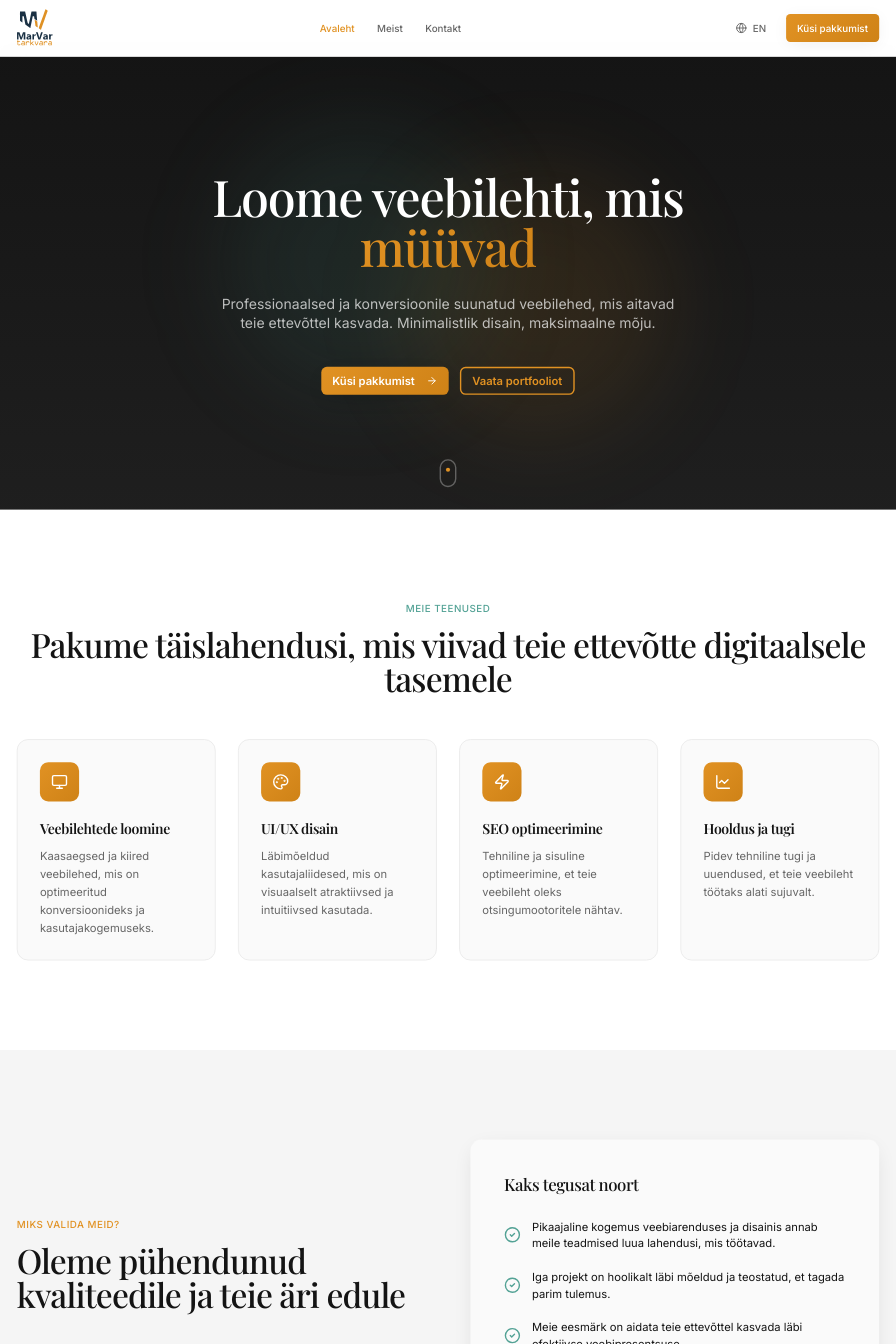
Repository: marvar-tarkvara/MARVAR-LEHT
Page: /
An editor plug-in stored every save of this project. The page is shown before and after the next save, followed by the edit.
The browser window is 1280 px wide. The pictures show the part of the page from y = 0 to 1920 px (the page is 2969 px tall), at 70% of full size.
Some web fonts or font styles are not loaded; a fallback is used. The project was rebuilt for these pictures with package versions that can differ from the ones it lists, and the page was loaded fresh each time. The framework's server and built-in components were replaced by stand-ins that run in the browser. Also part of the build but not shown: next.config.ts, components/ui/tooltip.tsx.

Above is the page before, as saved 2026-01-18 20:07:49.

### app/layout.tsx
import type { Metadata } from "next";
import { Inter, Playfair_Display } from "next/font/google";
import { LanguageProvider } from "@/contexts/LanguageContext";
import { Toaster } from "@/components/ui/toaster";
import { TooltipProvider } from "@/components/ui/tooltip";
import "./globals.css";

const inter = Inter({
  subsets: ["latin"],
  variable: "--font-inter",
});

const playfair = Playfair_Display({
  subsets: ["latin"],
  variable: "--font-playfair",
});

export const metadata: Metadata = {
  title: "MarVar - Veebilehtede loomine",
  description: "Professionaalsed ja konversioonile suunatud veebilehed, mis aitavad teie ettevõttel kasvada. Minimalistlik disain, maksimaalne mõju.",
  icons: {
    icon: "/marvar.svg",
    apple: "/marvar.svg",
  },
};

export default function RootLayout({
  children,
}: Readonly<{
  children: React.ReactNode;
}>) {
  return (
    <html lang="et" suppressHydrationWarning>
      <body className={`${inter.variable} ${playfair.variable} antialiased`}>
        <LanguageProvider>
          <TooltipProvider>
            {children}
            <Toaster />
          </TooltipProvider>
        </LanguageProvider>
      </body>
    </html>
  );
}

### app/page.tsx
import Layout from "@/components/layout/Layout";
import Hero from "@/components/sections/Hero";
import Services from "@/components/sections/Services";
import Trust from "@/components/sections/Trust";
import CTA from "@/components/sections/CTA";

export default function Home() {
  return (
    <Layout>
      <Hero />
      <Services />
      <Trust />
      <CTA />
    </Layout>
  );
}

### components/ui/toaster.tsx
"use client";

import { useToast } from "@/hooks/use-toast";
import { Toast, ToastClose, ToastDescription, ToastProvider, ToastTitle, ToastViewport } from "@/components/ui/toast";

export function Toaster() {
  const { toasts } = useToast();

  return (
    <ToastProvider>
      {toasts.map(function ({ id, title, description, action, ...props }) {
        return (
          <Toast key={id} {...props}>
            <div className="grid gap-1">
              {title && <ToastTitle>{title}</ToastTitle>}
              {description && <ToastDescription>{description}</ToastDescription>}
            </div>
            {action}
            <ToastClose />
          </Toast>
        );
      })}
      <ToastViewport />
    </ToastProvider>
  );
}

### app/globals.css
@tailwind base;
@tailwind components;
@tailwind utilities;

@layer base {
  :root {
    --background: 0 0% 100%;
    --foreground: 0 0% 8%;

    --card: 0 0% 98%;
    --card-foreground: 0 0% 8%;

    --popover: 0 0% 100%;
    --popover-foreground: 0 0% 8%;

    --primary: 0 0% 8%;
    --primary-foreground: 0 0% 100%;

    --secondary: 0 0% 96%;
    --secondary-foreground: 0 0% 8%;

    --muted: 0 0% 94%;
    --muted-foreground: 0 0% 40%;

    --accent: 35 76% 51%;
    --accent-foreground: 0 0% 100%;

    --teal: 170 32% 48%;
    --teal-foreground: 0 0% 100%;

    --destructive: 0 84% 60%;
    --destructive-foreground: 0 0% 100%;

    --border: 0 0% 90%;
    --input: 0 0% 90%;
    --ring: 35 76% 51%;

    --radius: 0.5rem;

    --gradient-accent: linear-gradient(135deg, hsl(35, 76%, 51%) 0%, hsl(35, 80%, 45%) 100%);
    --gradient-teal: linear-gradient(135deg, hsl(170, 32%, 48%) 0%, hsl(170, 35%, 40%) 100%);
    --gradient-dark: linear-gradient(180deg, hsl(0, 0%, 8%) 0%, hsl(0, 0%, 12%) 100%);

    --shadow-soft: 0 4px 24px -4px hsl(0 0% 0% / 0.08);
    --shadow-card: 0 8px 32px -8px hsl(0 0% 0% / 0.12);
    --shadow-elevated: 0 16px 48px -12px hsl(0 0% 0% / 0.16);
  }

  .dark {
    --background: 0 0% 6%;
    --foreground: 0 0% 96%;

    --card: 0 0% 10%;
    --card-foreground: 0 0% 96%;

    --popover: 0 0% 8%;
    --popover-foreground: 0 0% 96%;

    --primary: 0 0% 96%;
    --primary-foreground: 0 0% 6%;

    --secondary: 0 0% 14%;
    --secondary-foreground: 0 0% 96%;

    --muted: 0 0% 16%;
    --muted-foreground: 0 0% 60%;

    --accent: 35 76% 51%;
    --accent-foreground: 0 0% 100%;

    --teal: 170 32% 48%;
    --teal-foreground: 0 0% 100%;

    --destructive: 0 62% 50%;
    --destructive-foreground: 0 0% 100%;

    --border: 0 0% 18%;
    --input: 0 0% 18%;
    --ring: 35 76% 51%;

    --shadow-soft: 0 4px 24px -4px hsl(0 0% 0% / 0.4);
    --shadow-card: 0 8px 32px -8px hsl(0 0% 0% / 0.5);
    --shadow-elevated: 0 16px 48px -12px hsl(0 0% 0% / 0.6);
  }
}

@layer base {
  * {
    @apply border-border;
  }

  html {
    scroll-behavior: smooth;
  }

  body {
    @apply bg-background text-foreground font-sans antialiased;
  }

  h1, h2, h3, h4, h5, h6 {
    @apply font-display font-medium tracking-tight;
  }
}

@layer utilities {
  .text-gradient-accent {
    @apply bg-clip-text text-transparent;
    background-image: var(--gradient-accent);
  }

  .text-gradient-teal {
    @apply bg-clip-text text-transparent;
    background-image: var(--gradient-teal);
  }

  .bg-gradient-accent {
    background: var(--gradient-accent);
  }

  .bg-gradient-teal {
    background: var(--gradient-teal);
  }

  .bg-gradient-dark {
    background: var(--gradient-dark);
  }

  .shadow-soft {
    box-shadow: var(--shadow-soft);
  }

  .shadow-card {
    box-shadow: var(--shadow-card);
  }

  .shadow-elevated {
    box-shadow: var(--shadow-elevated);
  }
}

### components/layout/Layout.tsx
import { ReactNode } from "react";
import Header from "./Header";
import Footer from "./Footer";

interface LayoutProps {
  children: ReactNode;
}

const Layout = ({ children }: LayoutProps) => {
  return (
    <div className="min-h-screen flex flex-col">
      <Header />
      <main className="flex-1 pt-20">{children}</main>
      <Footer />
    </div>
  );
};

export default Layout;

### components/sections/Hero.tsx
"use client";

import { motion } from "framer-motion";
import Link from "next/link";
import { ArrowRight } from "lucide-react";
import { Button } from "@/components/ui/button";
import { useLanguage } from "@/contexts/LanguageContext";

const Hero = () => {
  const { t } = useLanguage();

  return (
    <section className="relative min-h-[90vh] flex items-center justify-center overflow-hidden bg-gradient-dark">
      {/* Background Pattern */}
      <div className="absolute inset-0 opacity-5">
        <div className="absolute inset-0" style={{
          backgroundImage: `radial-gradient(circle at 1px 1px, hsl(var(--foreground)) 1px, transparent 0)`,
          backgroundSize: '40px 40px'
        }} />
      </div>

      {/* Accent Glow */}
      <div className="absolute top-1/4 right-1/4 w-96 h-96 bg-accent/10 rounded-full blur-3xl" />
      <div className="absolute bottom-1/4 left-1/4 w-96 h-96 bg-teal/10 rounded-full blur-3xl" />

      <div className="container mx-auto px-6 relative z-10">
        <div className="max-w-4xl mx-auto text-center">
          <motion.h1
            initial={{ opacity: 0, y: 30 }}
            animate={{ opacity: 1, y: 0 }}
            transition={{ duration: 0.8, delay: 0.1 }}
            className="text-4xl md:text-6xl lg:text-7xl font-display font-medium text-primary-foreground leading-tight"
          >
            {t("hero.title")}{" "}
            <span className="text-gradient-accent">{t("hero.titleHighlight")}</span>
          </motion.h1>

          <motion.p
            initial={{ opacity: 0, y: 30 }}
            animate={{ opacity: 1, y: 0 }}
            transition={{ duration: 0.8, delay: 0.2 }}
            className="mt-8 text-lg md:text-xl text-primary-foreground/70 max-w-2xl mx-auto leading-relaxed"
          >
            {t("hero.description")}
          </motion.p>

          <motion.div
            initial={{ opacity: 0, y: 30 }}
            animate={{ opacity: 1, y: 0 }}
            transition={{ duration: 0.8, delay: 0.3 }}
            className="mt-12 flex flex-col sm:flex-row gap-4 justify-center"
          >
            <Button variant="hero" asChild>
              <Link href="/kontakt">
                {t("hero.cta")}
                <ArrowRight className="w-5 h-5 ml-2" />
              </Link>
            </Button>
            <Button variant="heroOutline" asChild>
              <Link href="/portfolio">{t("hero.secondary")}</Link>
            </Button>
          </motion.div>
        </div>
      </div>

      {/* Scroll Indicator */}
      <motion.div
        initial={{ opacity: 0 }}
        animate={{ opacity: 1 }}
        transition={{ delay: 1, duration: 0.8 }}
        className="absolute bottom-8 left-1/2 -translate-x-1/2"
      >
        <div className="w-6 h-10 rounded-full border-2 border-primary-foreground/30 flex justify-center pt-2">
          <motion.div
            animate={{ y: [0, 12, 0] }}
            transition={{ duration: 1.5, repeat: Infinity }}
            className="w-1.5 h-1.5 rounded-full bg-accent"
          />
        </div>
      </motion.div>
    </section>
  );
};

export default Hero;

### components/sections/Services.tsx
"use client";

import { motion } from "framer-motion";
import { Monitor, Palette, Zap, LineChart } from "lucide-react";
import { useLanguage } from "@/contexts/LanguageContext";

const Services = () => {
  const { t } = useLanguage();

  const services = [
    {
      icon: Monitor,
      title: t("services.web.title"),
      description: t("services.web.description"),
    },
    {
      icon: Palette,
      title: t("services.design.title"),
      description: t("services.design.description"),
    },
    {
      icon: Zap,
      title: t("services.seo.title"),
      description: t("services.seo.description"),
    },
    {
      icon: LineChart,
      title: t("services.maintenance.title"),
      description: t("services.maintenance.description"),
    },
  ];

  return (
    <section className="py-24 md:py-32 bg-background">
      <div className="container mx-auto px-6">
        <motion.div
          initial={{ opacity: 0, y: 20 }}
          whileInView={{ opacity: 1, y: 0 }}
          viewport={{ once: true }}
          transition={{ duration: 0.6 }}
          className="text-center mb-16"
        >
          <span className="text-teal text-sm font-medium uppercase tracking-wider">
            {t("services.title")}
          </span>
          <h2 className="mt-4 text-3xl md:text-4xl lg:text-5xl font-display font-medium">
            {t("services.subtitle")}
          </h2>
        </motion.div>

        <div className="grid grid-cols-1 md:grid-cols-2 lg:grid-cols-4 gap-8">
          {services.map((service, index) => (
            <motion.div
              key={service.title}
              initial={{ opacity: 0, y: 30 }}
              whileInView={{ opacity: 1, y: 0 }}
              viewport={{ once: true }}
              transition={{ duration: 0.6, delay: index * 0.1 }}
              className="group p-8 rounded-2xl bg-card border border-border hover:border-accent/30 transition-all duration-300 hover:shadow-card"
            >
              <div className="w-14 h-14 rounded-xl bg-gradient-accent flex items-center justify-center mb-6 group-hover:scale-110 transition-transform duration-300">
                <service.icon className="w-6 h-6 text-accent-foreground" />
              </div>
              <h3 className="text-xl font-semibold mb-3">{service.title}</h3>
              <p className="text-muted-foreground leading-relaxed">
                {service.description}
              </p>
            </motion.div>
          ))}
        </div>
      </div>
    </section>
  );
};

export default Services;

### components/sections/Trust.tsx
"use client";

import { motion } from "framer-motion";
import { CheckCircle2 } from "lucide-react";
import { useLanguage } from "@/contexts/LanguageContext";

const Trust = () => {
  const { t } = useLanguage();

  const features = [
    t("trust.experience.description"),
    t("trust.quality.description"),
    t("trust.results.description"),
  ];

  return (
    <section className="py-24 md:py-32 bg-secondary">
      <div className="container mx-auto px-6">
        <div className="grid grid-cols-1 lg:grid-cols-2 gap-16 items-center">
          {/* Title */}
          <motion.div
            initial={{ opacity: 0, x: -30 }}
            whileInView={{ opacity: 1, x: 0 }}
            viewport={{ once: true }}
            transition={{ duration: 0.6 }}
          >
            <span className="text-accent text-sm font-medium uppercase tracking-wider">
              {t("trust.title")}
            </span>
            <h2 className="mt-4 text-3xl md:text-4xl lg:text-5xl font-display font-medium leading-tight">
              {t("trust.subtitle")}
            </h2>
          </motion.div>

          {/* Features */}
          <motion.div
            initial={{ opacity: 0, x: 30 }}
            whileInView={{ opacity: 1, x: 0 }}
            viewport={{ once: true }}
            transition={{ duration: 0.6, delay: 0.2 }}
            className="bg-card rounded-2xl p-8 md:p-12 shadow-card"
          >
            <h3 className="text-2xl font-display font-medium mb-8">
              {t("trust.experience.title")}
            </h3>
            <div className="space-y-6">
              {features.map((feature, index) => (
                <motion.div
                  key={feature}
                  initial={{ opacity: 0, x: 20 }}
                  whileInView={{ opacity: 1, x: 0 }}
                  viewport={{ once: true }}
                  transition={{ duration: 0.4, delay: 0.3 + index * 0.1 }}
                  className="flex items-center gap-4"
                >
                  <CheckCircle2 className="w-6 h-6 text-teal flex-shrink-0" />
                  <span className="text-foreground">{feature}</span>
                </motion.div>
              ))}
            </div>
          </motion.div>
        </div>
      </div>
    </section>
  );
};

export default Trust;

### components/sections/CTA.tsx
"use client";

import { motion } from "framer-motion";
import Link from "next/link";
import { ArrowRight } from "lucide-react";
import { Button } from "@/components/ui/button";
import { useLanguage } from "@/contexts/LanguageContext";

const CTA = () => {
  const { t } = useLanguage();

  return (
    <section className="py-24 md:py-32 bg-gradient-dark relative overflow-hidden">
      {/* Background Accent */}
      <div className="absolute top-0 right-0 w-1/2 h-full bg-accent/5 blur-3xl" />

      <div className="container mx-auto px-6 relative z-10">
        <motion.div
          initial={{ opacity: 0, y: 30 }}
          whileInView={{ opacity: 1, y: 0 }}
          viewport={{ once: true }}
          transition={{ duration: 0.6 }}
          className="max-w-3xl mx-auto text-center"
        >
          <h2 className="text-3xl md:text-4xl lg:text-5xl font-display font-medium text-primary-foreground leading-tight">
            {t("cta.title")}
          </h2>
          <p className="mt-6 text-lg text-primary-foreground/70 max-w-xl mx-auto">
            {t("cta.description")}
          </p>
          <motion.div
            initial={{ opacity: 0, y: 20 }}
            whileInView={{ opacity: 1, y: 0 }}
            viewport={{ once: true }}
            transition={{ duration: 0.6, delay: 0.2 }}
            className="mt-10"
          >
            <Button variant="hero" size="xl" asChild>
              <Link href="/kontakt">
                {t("cta.button")}
                <ArrowRight className="w-5 h-5 ml-2" />
              </Link>
            </Button>
          </motion.div>
        </motion.div>
      </div>
    </section>
  );
};

export default CTA;

### components/layout/Footer.tsx
"use client";

import Link from "next/link";
import Image from "next/image";
import { useLanguage } from "@/contexts/LanguageContext";

const Footer = () => {
  const { t } = useLanguage();

  return (
    <footer className="bg-primary text-primary-foreground py-16">
      <div className="container mx-auto px-6">
        <div className="grid grid-cols-1 md:grid-cols-4 gap-12">
          {/* Brand */}
          <div className="md:col-span-2">
            <Link href="/">
              <Image src="/marvar.svg" alt="MarVar logo" width={32} height={32} className="h-8 w-8" />
            </Link>
            <p className="mt-4 text-primary-foreground/70 max-w-sm leading-relaxed">
              {t("footer.description")}
            </p>
          </div>

          {/* Navigation */}
          <div>
            <h4 className="font-semibold mb-4">{t("footer.navigation")}</h4>
            <nav className="flex flex-col gap-3">
              <Link href="/" className="text-primary-foreground/70 hover:text-accent transition-colors">
                {t("nav.home")}
              </Link>
              <Link href="/meist" className="text-primary-foreground/70 hover:text-accent transition-colors">
                {t("nav.about")}
              </Link>
              <Link href="/kontakt" className="text-primary-foreground/70 hover:text-accent transition-colors">
                {t("nav.contact")}
              </Link>
            </nav>
          </div>

          {/* Contact */}
          <div>
            <h4 className="font-semibold mb-4">{t("footer.contact")}</h4>
            <div className="flex flex-col gap-3 text-primary-foreground/70">
              <a href="mailto:info@marvar.ee" className="hover:text-accent transition-colors">
                info@marvar.ee
              </a>
              <p>Tallinn, Eesti</p>
            </div>
          </div>
        </div>

        <div className="mt-16 pt-8 border-t border-primary-foreground/10 flex flex-col md:flex-row justify-between items-center gap-4">
          <p className="text-sm text-primary-foreground/50">
            © {new Date().getFullYear()} MarVar. {t("footer.rights")}
          </p>
        </div>
      </div>
    </footer>
  );
};

export default Footer;

### components/ui/button.tsx
import * as React from "react";
import { Slot } from "@radix-ui/react-slot";
import { cva, type VariantProps } from "class-variance-authority";

import { cn } from "@/lib/utils";

const buttonVariants = cva(
  "inline-flex items-center justify-center gap-2 whitespace-nowrap rounded-md text-sm font-medium ring-offset-background transition-all duration-300 focus-visible:outline-none focus-visible:ring-2 focus-visible:ring-ring focus-visible:ring-offset-2 disabled:pointer-events-none disabled:opacity-50 [&_svg]:pointer-events-none [&_svg]:size-4 [&_svg]:shrink-0",
  {
    variants: {
      variant: {
        default: "bg-primary text-primary-foreground hover:bg-primary/90",
        destructive: "bg-destructive text-destructive-foreground hover:bg-destructive/90",
        outline: "border border-input bg-background hover:bg-accent hover:text-accent-foreground",
        secondary: "bg-secondary text-secondary-foreground hover:bg-secondary/80",
        ghost: "hover:bg-accent hover:text-accent-foreground",
        link: "text-primary underline-offset-4 hover:underline",
        accent: "bg-gradient-accent text-accent-foreground hover:opacity-90 shadow-soft hover:shadow-card",
        teal: "bg-gradient-teal text-teal-foreground hover:opacity-90 shadow-soft hover:shadow-card",
        hero: "bg-gradient-accent text-accent-foreground text-base font-semibold px-8 py-6 rounded-lg shadow-card hover:shadow-elevated hover:scale-[1.02] active:scale-[0.98]",
        heroOutline: "border-2 border-accent text-accent hover:bg-accent hover:text-accent-foreground text-base font-semibold px-8 py-6 rounded-lg",
      },
      size: {
        default: "h-10 px-4 py-2",
        sm: "h-9 rounded-md px-3",
        lg: "h-12 rounded-md px-8 text-base",
        xl: "h-14 rounded-lg px-10 text-lg",
        icon: "h-10 w-10",
      },
    },
    defaultVariants: {
      variant: "default",
      size: "default",
    },
  },
);

export interface ButtonProps
  extends React.ButtonHTMLAttributes<HTMLButtonElement>,
    VariantProps<typeof buttonVariants> {
  asChild?: boolean;
}

const Button = React.forwardRef<HTMLButtonElement, ButtonProps>(
  ({ className, variant, size, asChild = false, ...props }, ref) => {
    const Comp = asChild ? Slot : "button";
    return <Comp className={cn(buttonVariants({ variant, size, className }))} ref={ref} {...props} />;
  },
);
Button.displayName = "Button";

export { Button, buttonVariants };

Loaded but not shown: lib/utils.ts (common file); contexts/LanguageContext.tsx (242 lines, source omitted); components/ui/toast.tsx (113 lines, source omitted); components/layout/Header.tsx (129 lines, source omitted); hooks/use-toast.ts (186 lines, source omitted); tailwind.config.ts (99 lines, source omitted)

After the next save:
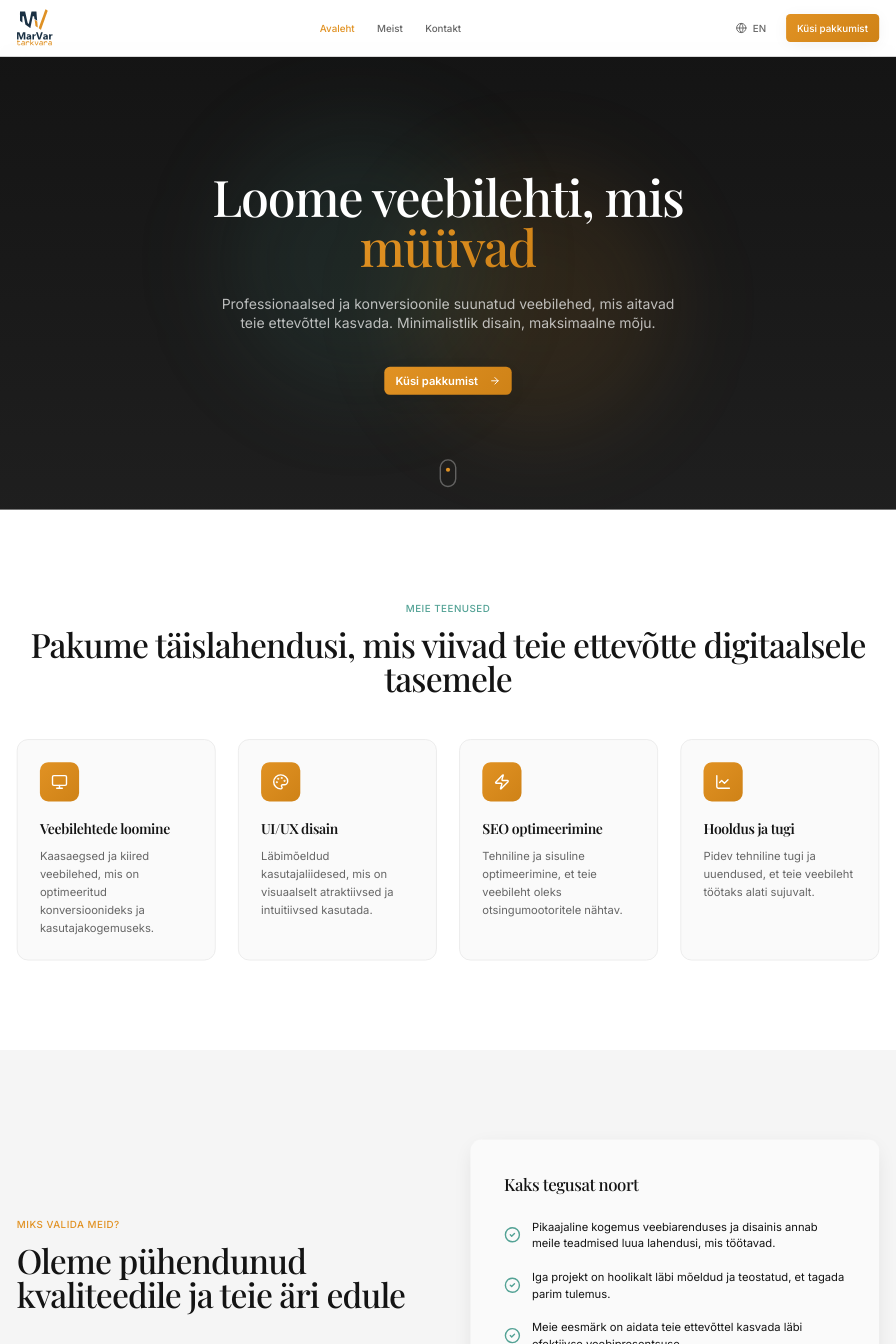
Saved 2 h 29 min later.
--- a/components/sections/Hero.tsx
+++ b/components/sections/Hero.tsx
@@ -56,9 +56,6 @@ const Hero = () => {
                 <ArrowRight className="w-5 h-5 ml-2" />
               </Link>
             </Button>
-            <Button variant="heroOutline" asChild>
-              <Link href="/portfolio">{t("hero.secondary")}</Link>
-            </Button>
           </motion.div>
         </div>
       </div>
